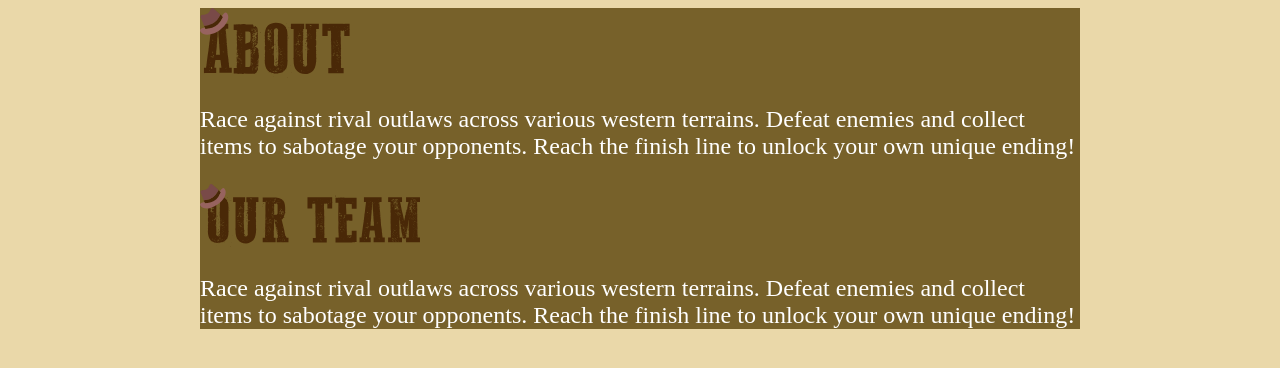
Repository: AlyssaHug/Bandit-Breakout
Page: index.html
An editor plug-in stored every save of this project. The page is shown before and after the next save, followed by the edit.
The browser window is 1280 px wide. The pictures show the whole page.
Some web fonts or font styles are not loaded; a fallback is used.

Above is the page before, as saved 2025-05-06 12:21:25.

### index.html
<!DOCTYPE html>
<html lang="en">
    <head>
        <meta charset="UTF-8" />
        <meta
            name="viewport"
            content="width=device-width, initial-scale=1.0" />
        <link
            rel="stylesheet"
            href="styles.css" />
        <title>Bandit Breakout</title>
    </head>
    <body>
        <header></header>
        <main class="main_section">
            <div class="about_section">
                <img class="about_section-heading" src="img/about.svg" alt="about">
                <p class="about_section-text">
                    Race against rival outlaws across various western terrains. Defeat enemies and collect items to sabotage your opponents. Reach the finish line to unlock your own unique ending!
                </p>
            </div>
            <div class="team_section">
                <img class="team_section-heading" src="img/ourteam.svg" alt="team">
                <p class="about_section-text">
                    Race against rival outlaws across various western terrains. Defeat enemies and collect items to sabotage your opponents. Reach the finish line to unlock your own unique ending!
                </p>
            </div>
        </main>
        <footer></footer>
    </body>
</html>

### styles.css
@import url("https://fonts.googleapis.com/css2?family=Wellfleet&display=swap");

@font-face {
    font-family: "Western Bang Bang";
    src: url("fonts/WesternBangBang.ttf") format("truetype");
    font-weight: normal;
    font-style: normal;
}

:root {
    /* Font Families */
    --font-western: "Western Bang Bang", sans-serif;
    --font-wellfleet: "Wellfleet", serif;

    /* Font Sizes */
    --font-size-h1: 48px;
    --font-size-h2: 36px;
    --font-size-h3: 32px;
    --font-size-h4: 24px;
    --font-size-body: 14px;
    --font-size-caption: 11px;
}

html {
    width: 70%;
    margin: 0 auto;
    background-color: #EAD8A9;
}

.main_section{
  background-color: #77612A;
}
.about_section-heading {
    width: 150px;
}
.about_section-text {
    font-size: var(--font-size-h4);
    font-family: var(--font-wellfleet);
    color: white;
}

.team_section-heading {
  width: 220px;
}

After the next save:
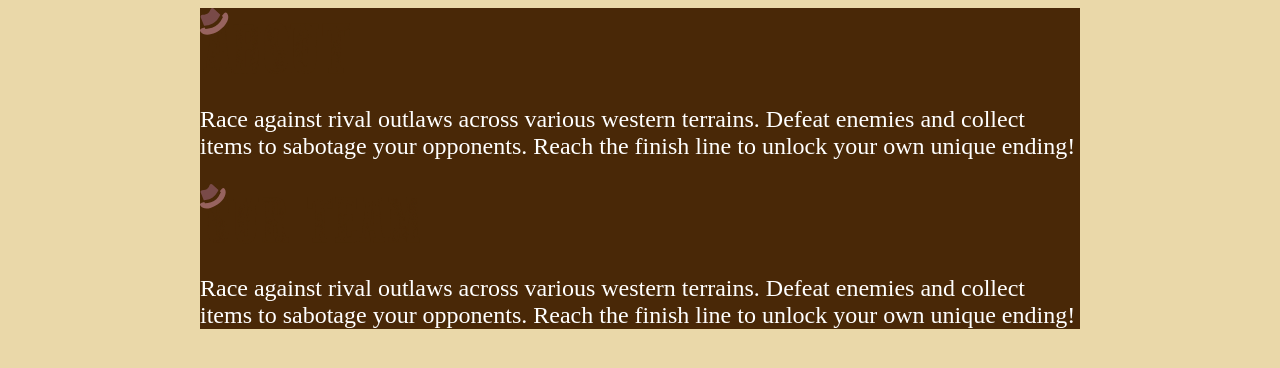
Saved 33 s later.
--- a/styles.css
+++ b/styles.css
@@ -28,7 +28,7 @@ html {
 }
 
 .main_section{
-  background-color: #77612A;
+  background-color: #492807;
 }
 .about_section-heading {
     width: 150px;
